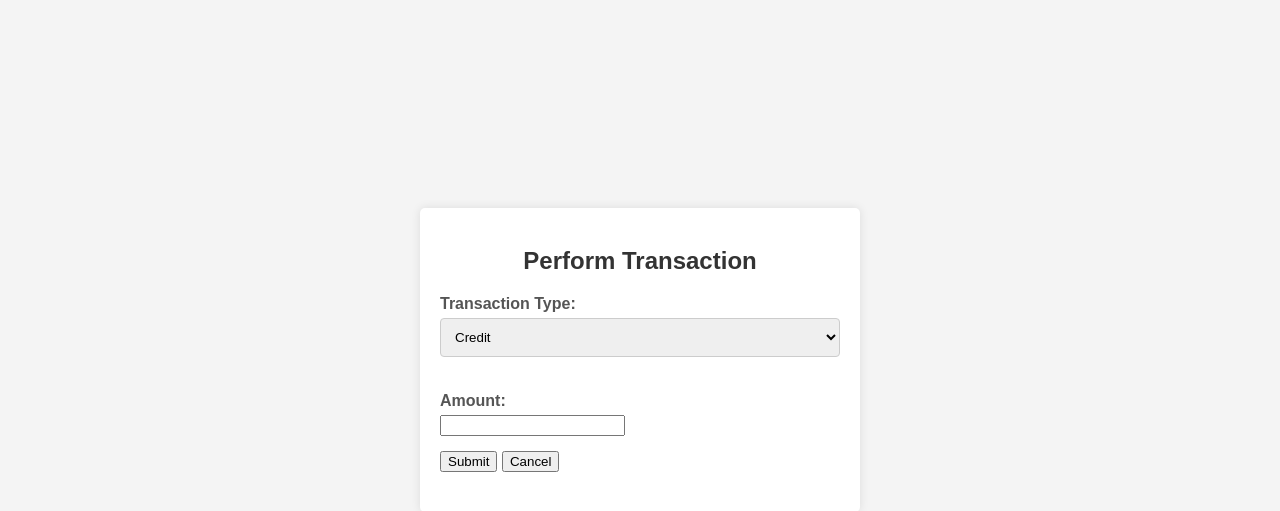
Repository: vinayakGarudi2002/swabhavTrainingProjects
Page: http://localhost/01_banking_application/performTransaction.jsp
An editor plug-in stored every save of this project. The page is shown before and after the next save, followed by the edit.
The browser window is 1280 px wide. The pictures show the whole page.
The page is served by Tomcat 9. Other server files are loaded and not shown.

Above is the page before, as saved 2024-08-12 12:14:06.

### 01_banking_application/WebContent/performTransaction.jsp
<%@ page language="java" contentType="text/html; charset=ISO-8859-1"
    pageEncoding="ISO-8859-1"%>
<!DOCTYPE html>
<html lang="en">
<head>
    <meta charset="ISO-8859-1">
    <meta name="viewport" content="width=device-width, initial-scale=1.0">
        <link rel="stylesheet" type="text/css" href="static/css/styles.css">
    <title>Perform Transaction</title>
    <style>


        #transfer-fields {
            display: none;
        }
    </style>
    <script>
        function toggleTransferFields() {
            var transactionType = document.getElementById("transactionType").value;
            var transferFields = document.getElementById("transfer-fields");
            if (transactionType === "TRANSFER") {
                transferFields.style.display = "block";
            } else {
                transferFields.style.display = "none";
            }
        }
    </script>
</head>
<body>
    <div class="form-container">
        <h2>Perform Transaction</h2>

        <form action="PerformTransactionServlet" method="post">
            <div class="form-group">
                <label for="transactionType">Transaction Type:</label>
                <select name="transactionType" id="transactionType" onchange="toggleTransferFields()" required>
                    <option value="CREDIT">Credit</option>
                    <option value="DEBIT">Debit</option>
                    <option value="TRANSFER">Transfer</option>
                </select>
            </div>

            <div id="transfer-fields">
                <div class="form-group">
                    <label for="receiverAccountNo">Receiver Account Number:</label>
                    <input type="number" name="receiverAccountNo" id="receiverAccountNo">
                </div>
            </div>

            <div class="form-group">
                <label for="amount">Amount:</label>
                <input type="number" name="amount" id="amount" step="0.01" min="0" required>
            </div>

            <div class="form-group">
                <input type="submit" value="Submit" type="button">
                <input type="button" value="Cancel" onclick="window.location.href='customerOperation.jsp';">
            </div>

            <div class="error-message">
                <% if (request.getAttribute("errorMessage") != null) { %>
                    <%= request.getAttribute("errorMessage") %>
                <% } %>
            </div>

            <div class="success-message">
                <% if (request.getAttribute("successMessage") != null) { %>
                    <%= request.getAttribute("successMessage") %>
                <% } %>
            </div>
        </form>
    </div>
</body>
</html>

### 01_banking_application/WebContent/static/css/styles.css
/* styles.css */
body {
    font-family: Arial, sans-serif;
    background-color: #f4f4f4;
    display: flex;
    justify-content: center;
    align-items: center;
    height: 100vh;
    margin: 0;
}

.login-container {
    background-color: #fff;
    padding: 20px;
    border-radius: 5px;
    box-shadow: 0 0 10px rgba(0, 0, 0, 0.1);
    width: 300px;
}

h2 {
    margin-bottom: 20px;
    font-size: 24px;
    color: #333;
    text-align: center;
}

.form-group {
    margin-bottom: 15px;
}

label {
    display: block;
    margin-bottom: 5px;
    color: #555;
}

input[type="email"],
input[type="password"] {
    width: 100%;
    padding: 8px;
    box-sizing: border-box;
    border: 1px solid #ddd;
    border-radius: 4px;
}

button {
    width: 100%;
    padding: 10px;
    background-color: #007bff;
    color: white;
    border: none;
    border-radius: 4px;
    cursor: pointer;
    font-size: 16px;
}

button:hover {
    background-color: #0056b3;
}

.error-message {
    color: red;
    margin-top: 10px;
    text-align: center;
}

/* Additional styles for dashboard */
.dashboard-container {
    background-color: #fff;
    padding: 20px;
    border-radius: 5px;
    box-shadow: 0 0 10px rgba(0, 0, 0, 0.1);
    width: 400px;
    margin: 50px auto;
    text-align: center;
}

.admin-actions {
    list-style-type: none;
    padding: 0;
    margin: 20px 0;
}

.admin-actions li {
    margin: 10px 0;
}

.admin-actions a {
    text-decoration: none;
    color: #007bff;
    font-size: 18px;
}

.admin-actions a:hover {
    text-decoration: underline;
}

button {
    width: 100%;
    padding: 10px;
    background-color: #dc3545;
    color: white;
    border: none;
    border-radius: 4px;
    cursor: pointer;
    font-size: 16px;
    margin-top: 20px;
}

button:hover {
    background-color: #c82333;
}

/* add customer   */
.form-container {
    background-color: #fff;
    padding: 20px;
    border-radius: 5px;
    box-shadow: 0 0 10px rgba(0, 0, 0, 0.1);
    width: 400px;
    margin: 50px auto;
    text-align: left;
}

.form-container h2 {
    text-align: center;
    margin-bottom: 20px;
}

.form-container label {
    display: block;
    margin-bottom: 5px;
    font-weight: bold;
}

.form-container input[type="text"],
.form-container input[type="email"],
.form-container input[type="password"] {
    width: 100%;
    padding: 10px;
    margin-bottom: 20px;
    border: 1px solid #ccc;
    border-radius: 4px;
}

.form-container button {
    width: 100%;
    padding: 10px;
    background-color: #007bff;
    color: white;
    border: none;
    border-radius: 4px;
    cursor: pointer;
    font-size: 16px;
    margin:9px;
}

.form-container button:hover {
    background-color: #0056b3;
}

.error-message {
    color: red;
    font-weight: bold;
    margin-top: 20px;
    text-align: center;
}

.succes-message {
    color: green;
    font-weight: bold;
    margin-top: 20px;
    text-align: center;
}



/*vew all customer  */

  .customer-view-container {
            background-color: #fff;
            padding: 20px;
            border-radius: 5px;
            box-shadow: 0 0 10px rgba(0, 0, 0, 0.1);
            width: 600px;
            margin: 50px auto;
        }

        .customer-view-container h2 {
            text-align: center;
            margin-bottom: 20px;
            color: #333;
        }

        table {
            width: 100%;
            border-collapse: collapse;
            margin-bottom: 20px;
        }

        table th, table td {
            border: 1px solid #ddd;
            padding: 10px;
            text-align: center;
        }

        table th {
            background-color: #007bff;
            color: white;
        }

        table td {
            background-color: #f9f9f9;
            color: #333;
        }





  .form-container {
            background-color: #fff;
            padding: 20px;
            border-radius: 5px;
            box-shadow: 0 0 10px rgba(0, 0, 0, 0.1);
            width: 400px;
            margin: 50px auto;
        }

        h2 {
            text-align: center;
            margin-bottom: 20px;
            color: #333;
        }

        label {
            display: block;
            margin-bottom: 10px;
            font-weight: bold;
            color: #555;
        }

        select, input[type="text"] {
            width: 100%;
            padding: 10px;
            margin-bottom: 20px;
            border: 1px solid #ccc;
            border-radius: 4px;
        }

        button {
            width: 48%;
            padding: 10px;
            background-color: #007bff;
            color: white;
            border: none;
            border-radius: 4px;
            cursor: pointer;
            font-size: 16px;
        }

        button:hover {
            background-color: #0056b3;
        }

        .error-message {
            color: red;
            font-weight: bold;
            margin-top: 20px;
            text-align: center;
        }

        .success-message {
            color: green;
            font-weight: bold;
            margin-top: 20px;
            text-align: center;
        }

        .buttons-container {
            display: flex;
            justify-content: space-between;
        }


        /* customer Operation */

        .header {
            margin-bottom: 20px;
            color: #333;
            text-align: center;
        }

        .content h2 {
            margin-bottom: 20px;
            color: #333;
        }

        select, button[type="submit"] {
            width: 100%;
            padding: 10px;
            margin-bottom: 20px;
            border: 1px solid #ccc;
            border-radius: 4px;
        }

        .error-message {
            color: red;
            margin-top: 10px;
            text-align: center;
        }






        .heade-dashboard-container {
            background-color: #4c88ef;
            color: white;
            padding: 20px;
            text-align: center;
            border-radius: 5px 5px 0 0;
        }

        .heade-dashboard-container h1 {
            margin: 0;
            font-size: 24px;
        }

        .nav {
            display: flex;
            justify-content: space-around;
            background-color: #333;
            padding: 15px;
            border-radius: 0 0 5px 5px;
        }

        .nav a {
            color: white;
            text-decoration: none;
            padding: 14px 20px;
            text-align: center;
            border-radius: 4px;
        }

        .nav a:hover {
            background-color: #ddd;
            color: black;
        }

        .nav a.active {
            background-color: #4CAF50;
            color: white;
        }

        .content {
            margin-top: 30px;
            padding: 20px;
            background-color: white;
            border-radius: 5px;
            box-shadow: 0 0 10px rgba(0, 0, 0, 0.1);
        }

        .content h2 {
            margin-top: 0;
            font-size: 22px;
        }

        .account-info {
            margin-top: 20px;
            padding: 10px;
            background-color: #e7f1ff;
            border-radius: 5px;
            border: 1px solid #b3d9ff;
            text-align-last: start;
}
        }

After the next save:
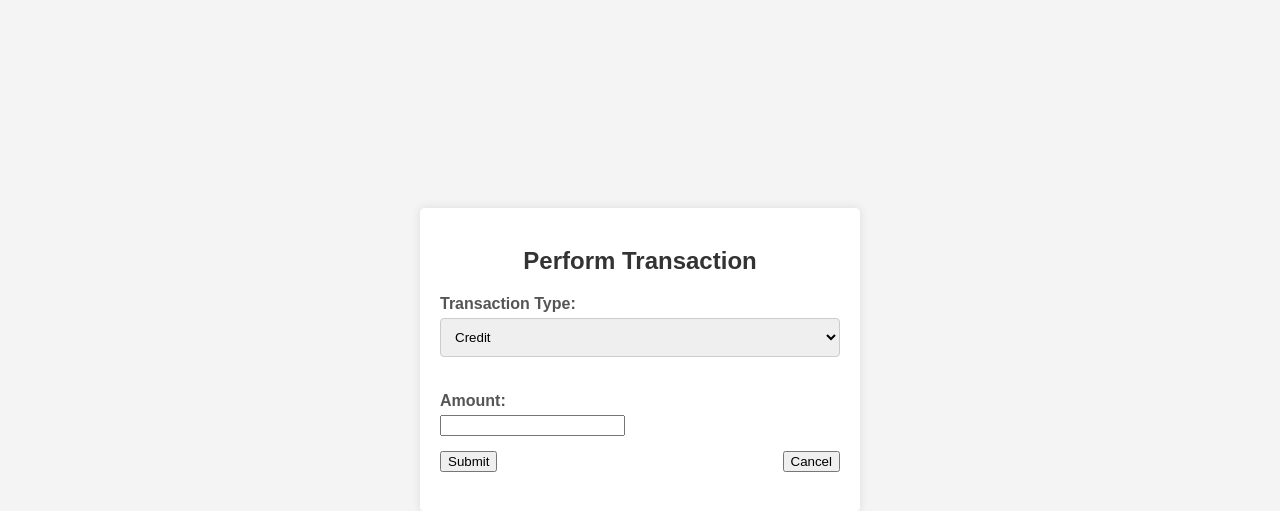
Saved 36 s later.
--- a/01_banking_application/WebContent/performTransaction.jsp
+++ b/01_banking_application/WebContent/performTransaction.jsp
@@ -53,9 +53,11 @@
             </div>
 
             <div class="form-group">
+            <div class='buttons-container'>
                 <input type="submit" value="Submit" type="button">
                 <input type="button" value="Cancel" onclick="window.location.href='customerOperation.jsp';">
             </div>
+               </div>
 
             <div class="error-message">
                 <% if (request.getAttribute("errorMessage") != null) { %>
